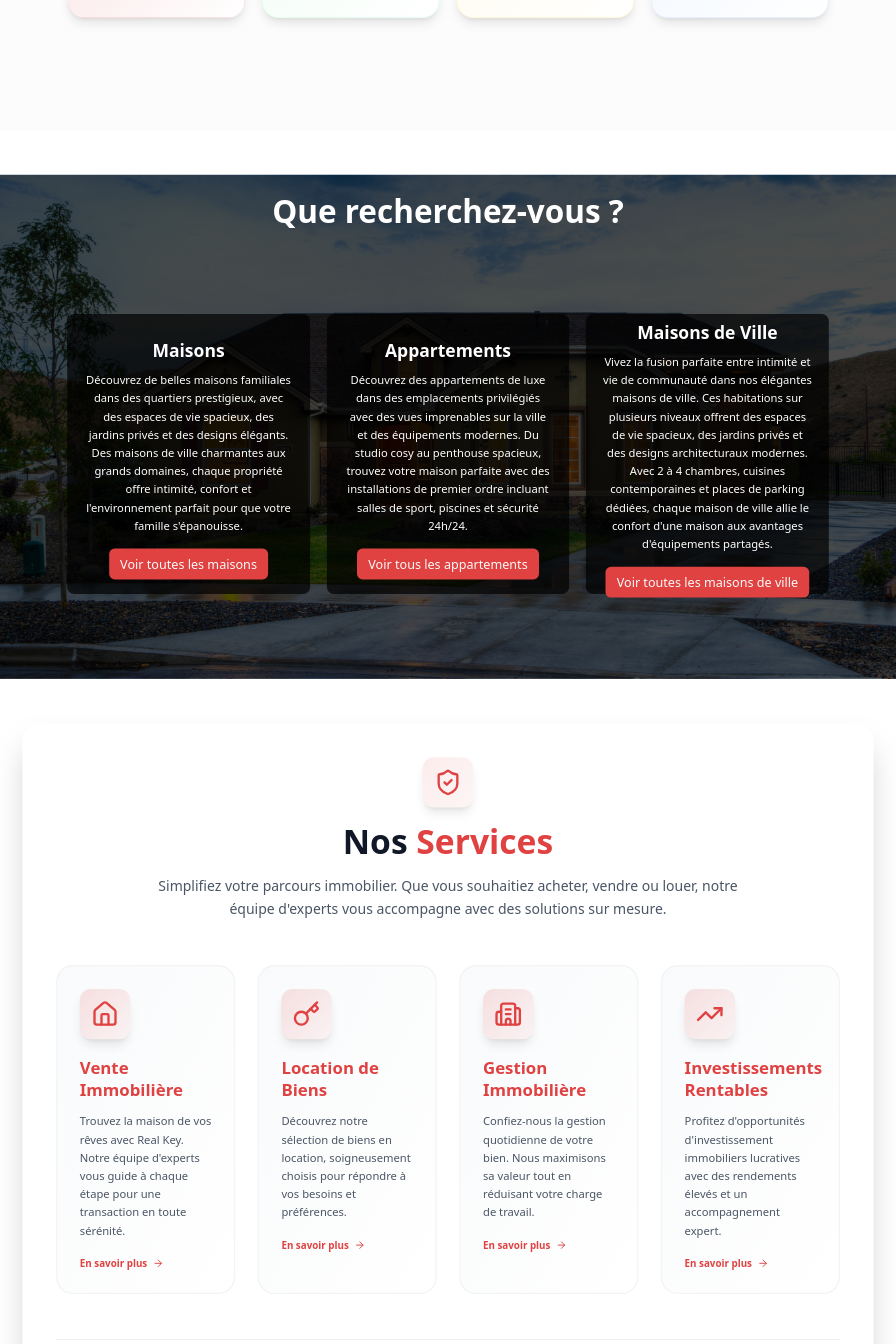
Repository: lamatmed/Real-Key
Page: /
An editor plug-in stored every save of this project. The page is shown before and after the next save, followed by the edit.
The browser window is 1280 px wide. The pictures show the part of the page from y = 2234 to 4154 px (the page is 5473 px tall before and 5353 px after), at 70% of full size.
The page's requests for data from a server got no answer. The project was rebuilt for these pictures with package versions that can differ from the ones it lists, and the page was loaded fresh each time. Some packages were replaced by stand-ins written for this rebuild. The framework's server and built-in components were replaced by stand-ins that run in the browser. No one was signed in, and anything a server would have sent is missing. Also part of the build but not shown: next.config.ts, app/_components/PropertyCard.tsx.

Above is the page before, as saved 2025-09-28 17:19:30.

### app/layout.tsx
import type { Metadata } from "next";
import { Geist, Geist_Mono } from "next/font/google";
import './globals.css'
import { ClerkProvider } from "@clerk/nextjs";
import { ConvexClientProvider } from "./ConvexClientProvider";
import Navbar from "./_components/Navbar";
import ConnectUserToConvext from "./ConnectUserToConvext";
import Footer from "./_components/Footer";

const geistSans = Geist({
  variable: "--font-geist-sans",
  subsets: ["latin"],
});

const geistMono = Geist_Mono({
  variable: "--font-geist-mono",
  subsets: ["latin"],
});

export const metadata: Metadata = {
  title: "Real Key",
  description: "Full Real Estate website",
};

export default function RootLayout({
  children,
}: Readonly<{
  children: React.ReactNode;
}>) {
  return (
    <ConvexClientProvider>
     <ClerkProvider>
    <html lang="en">
      <body
        className={`${geistSans.variable} ${geistMono.variable} antialiased`}
      >

        <Navbar/>
       <ConnectUserToConvext/>
        {children}
        <Footer/>

      </body>
    </html>
    </ClerkProvider>
    </ConvexClientProvider>
  );
}

### app/page.tsx
import Hero from "./_components/Hero";
import FeaturedProperties from "./_components/FeaturedProperties";
import WhatWeDo from "./_components/WhatWeDo";
import ConnectingPeople from "./_components/ConnectingPeople";
import WhatClientWant from "./_components/WhatClientWant";

export default function Home() {
  return (
    <div className="">
      <Hero/>
      <FeaturedProperties/>
      <WhatClientWant/>

      <WhatWeDo/>
      <ConnectingPeople/>
    </div>
  )
}

### app/globals.css
@import "tailwindcss";
@import "tw-animate-css";

@custom-variant dark (&:is(.dark *));

@theme inline {
  --color-background: var(--background);
  --color-foreground: var(--foreground);
  --font-sans: var(--font-geist-sans);
  --font-mono: var(--font-geist-mono);
  --color-sidebar-ring: var(--sidebar-ring);
  --color-sidebar-border: var(--sidebar-border);
  --color-sidebar-accent-foreground: var(--sidebar-accent-foreground);
  --color-sidebar-accent: var(--sidebar-accent);
  --color-sidebar-primary-foreground: var(--sidebar-primary-foreground);
  --color-sidebar-primary: var(--sidebar-primary);
  --color-sidebar-foreground: var(--sidebar-foreground);
  --color-sidebar: var(--sidebar);
  --color-chart-5: var(--chart-5);
  --color-chart-4: var(--chart-4);
  --color-chart-3: var(--chart-3);
  --color-chart-2: var(--chart-2);
  --color-chart-1: var(--chart-1);
  --color-ring: var(--ring);
  --color-input: var(--input);
  --color-border: var(--border);
  --color-destructive: var(--destructive);
  --color-accent-foreground: var(--accent-foreground);
  --color-accent: var(--accent);
  --color-muted-foreground: var(--muted-foreground);
  --color-muted: var(--muted);
  --color-secondary-foreground: var(--secondary-foreground);
  --color-secondary: var(--secondary);
  --color-primary-foreground: var(--primary-foreground);
  --color-primary: var(--primary);
  --color-popover-foreground: var(--popover-foreground);
  --color-popover: var(--popover);
  --color-card-foreground: var(--card-foreground);
  --color-card: var(--card);
  --radius-sm: calc(var(--radius) - 4px);
  --radius-md: calc(var(--radius) - 2px);
  --radius-lg: var(--radius);
  --radius-xl: calc(var(--radius) + 4px);
}

h2{
  position: relative;
  display: inline-block;
  color: black;
  font-size: 35px;

}

h2::before{
  position: absolute;
  content: "";
  width: 50%;
  height: 4px;
  background-color: #e04141;
  bottom: 0;
  left: 0;
}

:root {
  --radius: 0.625rem;
  --background: oklch(1 0 0);
  --foreground: oklch(0.145 0 0);
  --card: oklch(1 0 0);
  --card-foreground: oklch(0.145 0 0);
  --popover: oklch(1 0 0);
  --popover-foreground: oklch(0.145 0 0);
  --primary: oklch(0.205 0 0);
  --primary-foreground: oklch(0.985 0 0);
  --secondary: oklch(0.97 0 0);
  --secondary-foreground: oklch(0.205 0 0);
  --muted: oklch(0.97 0 0);
  --muted-foreground: oklch(0.556 0 0);
  --accent: oklch(0.97 0 0);
  --accent-foreground: oklch(0.205 0 0);
  --destructive: oklch(0.577 0.245 27.325);
  --border: oklch(0.922 0 0);
  --input: oklch(0.922 0 0);
  --ring: oklch(0.708 0 0);
  --chart-1: oklch(0.646 0.222 41.116);
  --chart-2: oklch(0.6 0.118 184.704);
  --chart-3: oklch(0.398 0.07 227.392);
  --chart-4: oklch(0.828 0.189 84.429);
  --chart-5: oklch(0.769 0.188 70.08);
  --sidebar: oklch(0.985 0 0);
  --sidebar-foreground: oklch(0.145 0 0);
  --sidebar-primary: oklch(0.205 0 0);
  --sidebar-primary-foreground: oklch(0.985 0 0);
  --sidebar-accent: oklch(0.97 0 0);
  --sidebar-accent-foreground: oklch(0.205 0 0);
  --sidebar-border: oklch(0.922 0 0);
  --sidebar-ring: oklch(0.708 0 0);
}

.dark {
  --background: oklch(0.145 0 0);
  --foreground: oklch(0.985 0 0);
  --card: oklch(0.205 0 0);
  --card-foreground: oklch(0.985 0 0);
  --popover: oklch(0.205 0 0);
  --popover-foreground: oklch(0.985 0 0);
  --primary: oklch(0.922 0 0);
  --primary-foreground: oklch(0.205 0 0);
  --secondary: oklch(0.269 0 0);
  --secondary-foreground: oklch(0.985 0 0);
  --muted: oklch(0.269 0 0);
  --muted-foreground: oklch(0.708 0 0);
  --accent: oklch(0.269 0 0);
  --accent-foreground: oklch(0.985 0 0);
  --destructive: oklch(0.704 0.191 22.216);
  --border: oklch(1 0 0 / 10%);
  --input: oklch(1 0 0 / 15%);
  --ring: oklch(0.556 0 0);
  --chart-1: oklch(0.488 0.243 264.376);
  --chart-2: oklch(0.696 0.17 162.48);
  --chart-3: oklch(0.769 0.188 70.08);
  --chart-4: oklch(0.627 0.265 303.9);
  --chart-5: oklch(0.645 0.246 16.439);
  --sidebar: oklch(0.205 0 0);
  --sidebar-foreground: oklch(0.985 0 0);
  --sidebar-primary: oklch(0.488 0.243 264.376);
  --sidebar-primary-foreground: oklch(0.985 0 0);
  --sidebar-accent: oklch(0.269 0 0);
  --sidebar-accent-foreground: oklch(0.985 0 0);
  --sidebar-border: oklch(1 0 0 / 10%);
  --sidebar-ring: oklch(0.556 0 0);
}

@layer base {
  * {
    @apply border-border outline-ring/50;
  }
  body {
    @apply bg-background text-foreground;
  }
}

### app/ConvexClientProvider.tsx
"use client";

import { ConvexProvider, ConvexReactClient } from "convex/react";
import { ReactNode } from "react";

// جلب العنوان من الـ environment variable
const address = process.env.NEXT_PUBLIC_CONVEX_URL;

// حماية إضافية لو المتغير مش موجود
if (!address) {
  throw new Error(
    "❌ NEXT_PUBLIC_CONVEX_URL is not defined. تأكد من إضافة المتغير داخل Vercel Environment Variables."
  );
}

// إنشاء عميل Convex
const convex = new ConvexReactClient(address);

export function ConvexClientProvider({ children }: { children: ReactNode }) {
  return <ConvexProvider client={convex}>{children}</ConvexProvider>;
}

### app/ConnectUserToConvext.tsx
"use client"
import { api } from '@/convex/_generated/api'
import { useUser } from '@clerk/nextjs'
import { useMutation } from 'convex/react'
import React, { useEffect } from 'react'

function ConnectUserToConvext() {

    const {user} = useUser()

    const updateUser = useMutation(api.users.updateUser)
    useEffect(()=>{
        if(!user){
            return
        }
        const syncUser= async()=>{
            try {
               await updateUser({
                userId:user.id,
                name:`${user?.firstName ?? "" } ${user?.lastName ?? ""}`,
               email: user.emailAddresses[0]?.emailAddress ?? "",
               })
            } catch (error) {
                 console.error("Error syncing user:", error);
            }
        }
        syncUser()
    },[user,updateUser])

    return null


}

export default ConnectUserToConvext

### app/_components/Footer.tsx
import Image from "next/image";

function Footer() {
    return (
        <footer className="px-6 md:px-16 lg:px-24 xl:px-32 pt-8 w-full text-gray-500 ">
            <div className="flex flex-col md:flex-row justify-between w-full gap-10 border-b border-gray-500/30 pb-6">
                <div className="md:max-w-96">
            <Image alt="image" src="/logoFooter.png" width={150} height={150}/>
                    <p className="mt-6 text-sm">
                        Real Key révolutionne l'expérience immobilière en offrant des services transparents et accessibles.
                        Notre mission est de vous accompagner dans tous vos projets, de l'achat à la location,
                        avec expertise et innovation depuis 2015.
                    </p>
                </div>
                <div className="flex-1 flex items-start md:justify-end gap-20">
                    <div>
                        <h1 className="font-semibold mb-5 text-gray-800">Entreprise</h1>
                        <ul className="text-sm space-y-2">
                            <li><a href="/">Accueil</a></li>
                            <li><a href="/about">À propos</a></li>
                            <li><a href="/contact">Contact</a></li>
                            <li><a href="/privacy">Politique de confidentialité</a></li>
                        </ul>
                    </div>
                    <div>
                        <h1 className="font-semibold mb-5 text-gray-800">Nous contacter</h1>
                        <div className="text-sm space-y-2">
                            <p>01 23 45 67 89</p>
                            <p>contact@realkey.fr</p>
                        </div>
                    </div>
                </div>
            </div>
            <p className="pt-4 text-center text-xs md:text-sm pb-5">
                Copyright 2025 © <a href="/">Real Key</a>. Tous droits réservés.
            </p>
        </footer>
    );
};
export default Footer

### app/_components/Hero.tsx
import { Button } from '@/components/ui/button'
import Image from 'next/image'
import Link from 'next/link'
import React from 'react'

function Hero() {
  return (
    <div className='relative overflow-hidden h-[750px] w-full'>
        <Image
          alt='Bannière principale'
          fill
          className='w-full h-[750px] object-cover'
          src="/hero.jpg"
          priority
        />

      <div className='absolute inset-0 bg-black/80'></div>

      <div className='absolute inset-0 flex items-center justify-center'>
        <div className='text-center px-4 max-w-4xl'>
          <h1 className='text-4xl sm:text-5xl md:text-7xl font-bold mb-6 text-white'>
            Bienvenue chez
            <span className='block text-[#e04141] mt-2'>Real Key</span>
          </h1>

          <p className='text-lg md:text-xl lg:text-2xl mb-8 text-gray-200 max-w-3xl mx-auto'>
            Nous proposons des solutions innovantes et des services premium pour vous aider à atteindre vos objectifs et réussir dans le monde de l'immobilier.
          </p>

          <Link href="/properties">
            <Button className='bg-[#e04141] hover:bg-[#c03939] text-white px-8 py-6 text-lg'>
              Commencer Maintenant
            </Button>
          </Link>
        </div>
      </div>
    </div>
  )
}

export default Hero

### app/_components/ConnectingPeople.tsx
import { Button } from '@/components/ui/button'
import Image from 'next/image'
import React from 'react'

function ConnectingPeople() {
  return (
    <div className='p-6 md:p-12 lg:p-24 items-center grid grid-cols-1 lg:grid-cols-2 gap-6 lg:gap-8'>

        <Image
          className='rounded-3xl w-full h-[300px] md:h-[400px] lg:h-[450px] object-cover'
          width={800}
          height={800}
          alt='image'
          src="/house.jpg"
        />

        <div className='text-center lg:text-left'>
          <h1 className='text-2xl md:text-3xl lg:text-[35px] text-[#e04141] font-bold leading-tight'>
            Notre passion : connecter les personnes avec leur maison idéale.
          </h1>
          <p className='text-gray-600 mt-3 text-sm md:text-base lg:text-lg leading-relaxed'>
            Avec une passion authentique pour aider les gens à trouver la maison de leurs rêves, nous nous consacrons à mettre en relation acheteurs et vendeurs sur le marché immobilier. Faites-nous confiance pour rendre votre expérience d'achat ou de vente fluide et satisfaisante.
          </p>

          <Button className='mt-5 w-full lg:w-auto'>En savoir plus</Button>
        </div>
    </div>
  )
}

export default ConnectingPeople

### app/_components/WhatClientWant.tsx
import { Button } from '@/components/ui/button'
import { Building, Fence, House } from 'lucide-react'
import Image from 'next/image'
import Link from 'next/link'
import React from 'react'

function WhatClientWant() {
  return (
   <div className='relative min-h-screen lg:h-[600px] w-full'>

        <Image
          alt='hero'
          fill
          className='w-full h-full object-cover'
          src="/whatClientWant.jpg"
          priority
        />

      <div className='absolute inset-0 bg-black/70 z-10'></div>


    <div className='absolute inset-0 z-20 flex flex-col justify-start lg:justify-center pt-16 lg:pt-0'>
      <div className='flex items-center justify-center'>
        <h1 className='text-3xl md:text-[45px] font-bold mb-6 text-white text-center px-4'>
          Que recherchez-vous ?
        </h1>
      </div>

      <div className='grid grid-cols-1 lg:grid-cols-3 text-white gap-4 lg:gap-6 text-center px-4 lg:p-24 pb-8'>

        <div className='p-4 lg:p-6 flex flex-col items-center h-auto lg:h-[400px] justify-center bg-black/70 rounded-lg'>
          <House className="w-12 h-12 md:w-16 md:h-16 lg:w-[85px] lg:h-[85px]"/>
          <h3 className='my-3 text-xl lg:text-[25px] font-semibold'>Maisons</h3>
          <p className='text-sm lg:text-base leading-relaxed'>
            Découvrez de belles maisons familiales dans des quartiers prestigieux, avec des espaces de vie spacieux, des jardins privés et des designs élégants. Des maisons de ville charmantes aux grands domaines, chaque propriété offre intimité, confort et l'environnement parfait pour que votre famille s'épanouisse.
          </p>
          <Link href="/properties?type=house" className='w-full mt-4 lg:mt-5'>
            <Button className='bg-[#e04141] w-full lg:w-auto'>Voir toutes les maisons</Button>
          </Link>
        </div>

        <div className='p-4 lg:p-6 flex flex-col items-center h-auto lg:h-[400px] justify-center bg-black/70 rounded-lg'>
          <Building className="w-12 h-12 md:w-16 md:h-16 lg:w-[85px] lg:h-[85px]"/>
          <h3 className='my-3 text-xl lg:text-[25px] font-semibold'>Appartements</h3>
          <p className='text-sm lg:text-base leading-relaxed'>
            Découvrez des appartements de luxe dans des emplacements privilégiés avec des vues imprenables sur la ville et des équipements modernes. Du studio cosy au penthouse spacieux, trouvez votre maison parfaite avec des installations de premier ordre incluant salles de sport, piscines et sécurité 24h/24.
          </p>
          <Link href="/properties?type=apartment" className='w-full mt-4 lg:mt-5'>
            <Button className='bg-[#e04141] w-full lg:w-auto'>Voir tous les appartements</Button>
          </Link>
        </div>

        <div className='p-4 lg:p-6 flex flex-col items-center h-auto lg:h-[400px] justify-center bg-black/70 rounded-lg'>
          <Fence className="w-12 h-12 md:w-16 md:h-16 lg:w-[85px] lg:h-[85px]"/>
          <h3 className='my-3 text-xl lg:text-[25px] font-semibold'>Maisons de Ville</h3>
          <p className='text-sm lg:text-base leading-relaxed'>
            Vivez la fusion parfaite entre intimité et vie de communauté dans nos élégantes maisons de ville. Ces habitations sur plusieurs niveaux offrent des espaces de vie spacieux, des jardins privés et des designs architecturaux modernes. Avec 2 à 4 chambres, cuisines contemporaines et places de parking dédiées, chaque maison de ville allie le confort d'une maison aux avantages d'équipements partagés.
          </p>
          <Link href="/properties?type=townhouse" className='w-full mt-4 lg:mt-5'>
            <Button className='bg-[#e04141] w-full lg:w-auto'>Voir toutes les maisons de ville</Button>
          </Link>
        </div>

      </div>
    </div>

    </div>
  )
}

export default WhatClientWant

### components/ui/button.tsx
import * as React from "react"
import { Slot } from "@radix-ui/react-slot"
import { cva, type VariantProps } from "class-variance-authority"

import { cn } from "@/lib/utils"

const buttonVariants = cva(
  "inline-flex items-center justify-center gap-2 whitespace-nowrap rounded-md text-lg font-medium transition-all disabled:pointer-events-none disabled:opacity-50 [&_svg]:pointer-events-none [&_svg:not([class*='size-'])]:size-4 shrink-0 [&_svg]:shrink-0 outline-none focus-visible:border-ring focus-visible:ring-ring/50 focus-visible:ring-[3px] aria-invalid:ring-destructive/20 dark:aria-invalid:ring-destructive/40 aria-invalid:border-destructive",
  {
    variants: {
      variant: {
        default: "bg-primary text-primary-foreground hover:bg-primary/90 cursor-pointer",
        destructive:
          "bg-destructive text-white hover:bg-destructive/90 focus-visible:ring-destructive/20 dark:focus-visible:ring-destructive/40 dark:bg-destructive/60",
        outline:
          "border bg-background shadow-xs hover:bg-accent hover:text-accent-foreground dark:bg-input/30 dark:border-input dark:hover:bg-input/50",
        secondary:
          "bg-secondary text-secondary-foreground hover:bg-secondary/80",
        ghost:
          "hover:bg-accent hover:text-accent-foreground dark:hover:bg-accent/50",
        link: "text-primary underline-offset-4 hover:underline",
      },
      size: {
        default: " px-4 py-2 has-[>svg]:px-3",
        sm: "h-8 rounded-md gap-1.5 px-3 has-[>svg]:px-2.5",
        lg: "h-10 rounded-md px-6 has-[>svg]:px-4",
        icon: "size-9",
      },
    },
    defaultVariants: {
      variant: "default",
      size: "default",
    },
  }
)

function Button({
  className,
  variant,
  size,
  asChild = false,
  ...props
}: React.ComponentProps<"button"> &
  VariantProps<typeof buttonVariants> & {
    asChild?: boolean
  }) {
  const Comp = asChild ? Slot : "button"

  return (
    <Comp
      data-slot="button"
      className={cn(buttonVariants({ variant, size, className }))}
      {...props}
    />
  )
}

export { Button, buttonVariants }

Loaded but not shown: convex/_generated/api.js (common file); lib/utils.ts (common file); app/_components/FeaturedProperties.tsx (114 lines, source omitted); app/_components/WhatWeDo.tsx (122 lines, source omitted); app/_components/Navbar.tsx (149 lines, source omitted)

After the next save:
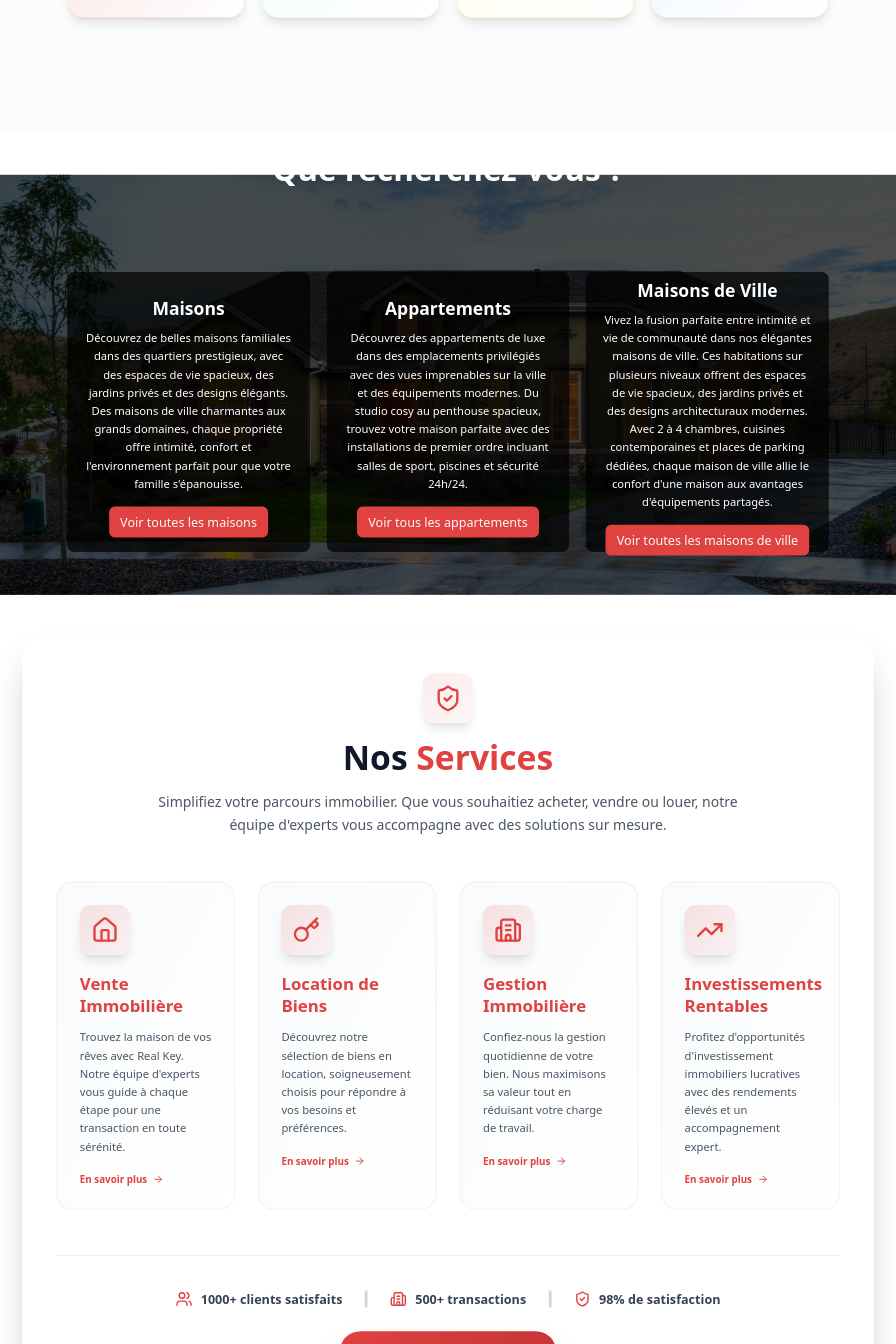
Saved 23 s later.
--- a/app/_components/WhatClientWant.tsx
+++ b/app/_components/WhatClientWant.tsx
@@ -6,7 +6,7 @@
 
 function WhatClientWant() {
   return (
-   <div className='relative min-h-screen lg:h-[600px] w-full'>
+   <div className='relative min-h-12 lg:h-[600px] w-full'>
 
         <Image
           alt='hero'

After the 2 saves that followed:
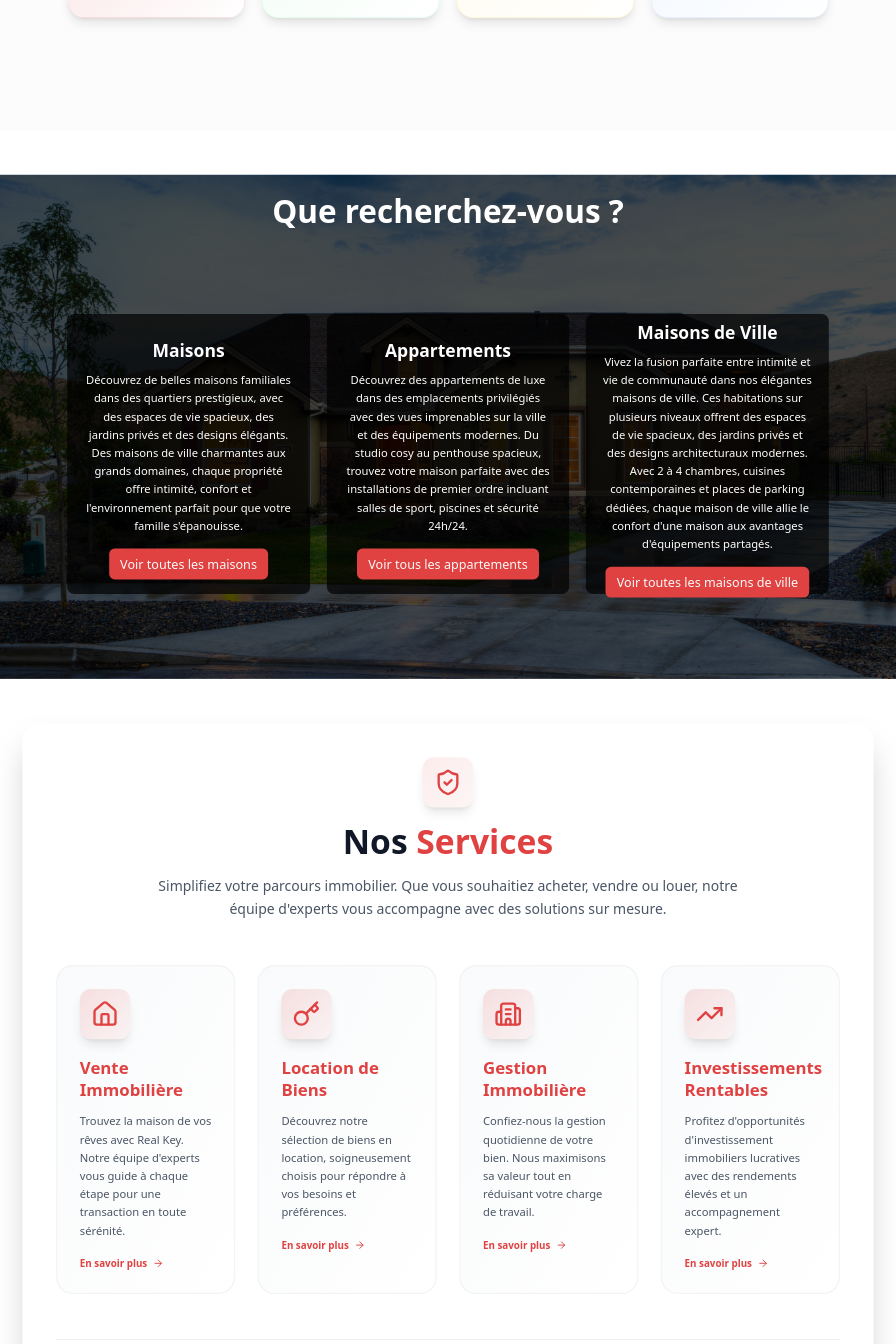
The 2 saves are shown as one change because they came seconds apart.
The last was saved 28 s later.
--- a/app/_components/WhatClientWant.tsx
+++ b/app/_components/WhatClientWant.tsx
@@ -6,7 +6,7 @@
 
 function WhatClientWant() {
   return (
-   <div className='relative min-h-12 lg:h-[600px] w-full'>
+   <div className='relative min-h-screen lg:h-[600px] w-full'>
 
         <Image
           alt='hero'
